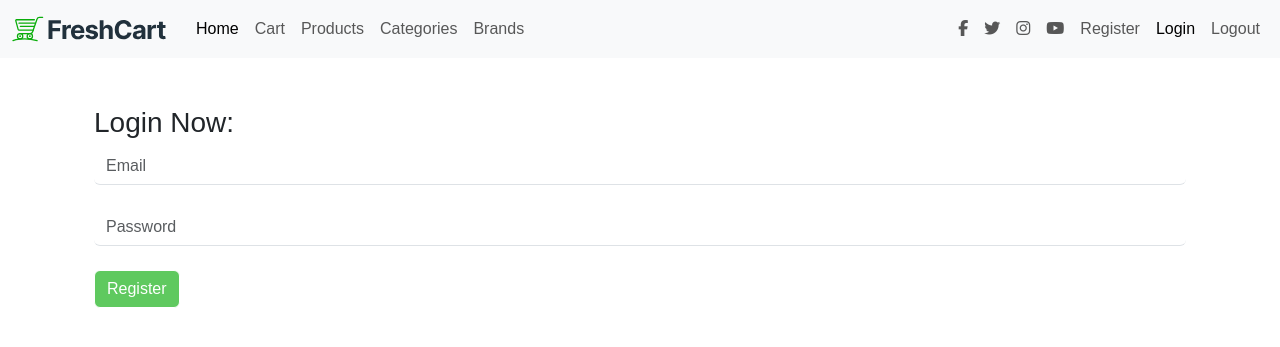
Repository: YomnaWegdan/freshCart
Page: /login
These files come from the project's save history. The page is drawn as it stood at one moment and after the next save; the edit follows.
The browser window is 1280 px wide. The pictures show the whole page.
The project was rebuilt for these pictures with package versions that can differ from the ones it lists, and the page was loaded fresh each time. Also part of the build but not shown: src/App.css, src/Components/Layout/Layout.module.css, src/Components/Home/Home.jsx, src/Components/Cart/Cart.jsx, src/Components/Products/Products.jsx, src/Components/Brands/Brands.jsx, src/Components/Categories/Categories.jsx, src/Components/Register/Register.jsx and 1 more.

Above is the page before, as saved 2024-02-08 20:18:09.

### src/index.js
import React from 'react';
import ReactDOM from 'react-dom/client';
import 'bootstrap/dist/css/bootstrap.min.css';
import 'bootstrap/dist/js/bootstrap.bundle.min.js';
import '@fortawesome/fontawesome-free/css/all.min.css'
import './index.css';
import App from './App.jsx';
import reportWebVitals from './reportWebVitals';

const root = ReactDOM.createRoot(document.getElementById('root'));
root.render(
    <App />
);

// If you want to start measuring performance in your app, pass a function
// to log results (for example: reportWebVitals(console.log))
// or send to an analytics endpoint. Learn more: https://bit.ly/CRA-vitals
reportWebVitals();

### src/index.css
body {
  margin: 0;
  font-family: -apple-system, BlinkMacSystemFont, 'Segoe UI', 'Roboto', 'Oxygen',
    'Ubuntu', 'Cantarell', 'Fira Sans', 'Droid Sans', 'Helvetica Neue',
    sans-serif;
  -webkit-font-smoothing: antialiased;
  -moz-osx-font-smoothing: grayscale;
}

code {
  font-family: source-code-pro, Menlo, Monaco, Consolas, 'Courier New',
    monospace;
}

/* You can add global styles to this file, and also import other style files */
@import url('https://fonts.googleapis.com/css2?family=Encode+Sans+Expanded:wght@300&display=swap');
:root
{
    --main-color:#0aad0a;
    --light-color:#f0f3f2;
    --shadow: rgba(145,158,171,.2) 0px 2px 4px -1px,rgba(145,158,171,.14) 0px 4px 5px 0px,rgba(145,158,171,.12) 0px 1px 10px 0px;
    --font-family:'Encode Sans Expanded', sans-serif;
    --rating-color:#ffc908;
}

body{
    font-family: var(--font-family) !important;
}
.rating-color
{
    color: var(--rating-color);
}
.cursor-pointer
{
    cursor: pointer;
}
a , a:hover{
    color: black;
    text-decoration: none;
}
.product:hover
{
    box-shadow: var(--shadow);
    border: solid 1px var(--main-color);
}
.product .btn
{
    transition: transform 1s , opacity 1s;
    transform: translateY(100%);
    opacity: 0;
}
.product:hover .btn
{
    opacity: 1;
    transform: translateY(0%);

}
.font-sm
{
    font-size: 14px;
}
.text-main
{
    color: var(--main-color);
}
.bg-main
{
    background-color: var(--main-color) !important;
}
.bg-main-light
{
    background-color: var(--light-color) !important;
}
.form-control:focus {
    border-color: #ddd;
    outline: 0;
    box-shadow: none;
}

### src/App.jsx
import './App.css';
import { RouterProvider, createBrowserRouter } from 'react-router-dom';
import Layout from './Components/Layout/Layout';
import Home from './Components/Home/Home';
import Cart from './Components/Cart/Cart';
import Products from './Components/Products/Products';
import Brands from './Components/Brands/Brands';
import Categories from './Components/Categories/Categories';
import Register from './Components/Register/Register';
import Login from './Components/Login/Login';
import NotFound from './Components/NotFound/NotFound';


function App() {
  const routs = createBrowserRouter([
    {path:'' , element:<Layout/> , children:[
      {index:true , element:<Home/>},
      {path:'/cart', element:<Cart/>},
      {path:'/products', element:<Products/>},
      {path:'/brands', element:<Brands/>},
      {path:'/categories', element:<Categories/>},
      {path:'/register', element:<Register/>},
      {path:'/login', element:<Login/>},
      {path:'*', element:<NotFound/>},
    ]}
  ])
  return (
    <div className="App">
      <RouterProvider router={routs}/>
    </div>
  );
}

export default App;

### src/Components/Layout/Layout.jsx
import React, { Fragment } from 'react'
import style from './Layout.module.css'
import Navbar from '../Navbar/Navbar'
import Footer from '../Footer/Footer'

import { Outlet } from 'react-router-dom'
export default function Layout() {
  return (
    <Fragment>
      <Navbar/>
      <div className="container">
        <Outlet/>
      </div>
      <Footer/>
    </Fragment>
  )
}

### src/Components/Login/Login.jsx
import axios from 'axios'
import { useFormik } from 'formik'
import React, { Fragment, useState } from 'react'
import { ThreeDots } from 'react-loader-spinner'
import { useNavigate } from 'react-router-dom'
import * as Yup from 'yup'

export default function Login() {
  const [apiError , serApiError] = useState(null)
  const [loading , setLoading]= useState(false);
  const navigate = useNavigate()

  let validationSchema = Yup.object({
    email:Yup.string().required('Email is required').email('Email is Valid'),
    password:Yup.string().required('Password is required').matches(/[A-Z][\w @]{5,9}/ , "invalid password ex(Ali@123)")

  })

  let formik = useFormik({
    initialValues:{
    email:'',
    password:''
  },validationSchema,
  onSubmit: loginValidation} )

  async function loginValidation(values){
    setLoading(true)
    let {data} = await axios.post(`https://ecommerce.routemisr.com/api/v1/auth/signin` , values).catch((err)=>{
      serApiError(err.data.response.message)
      setLoading(false)
      if(data.message === 'success'){
        setLoading(false);
        navigate('/home')
      }
    })



  }



  return (
    <Fragment>
    <section className="register py-5  ">
      <div className="container h-100">
        <div className="row g-5 h-100 align-items-center  align-content-center">
          <div className=" col-md-12">
            <h3>Login Now:</h3>
            <form onSubmit={formik.handleSubmit}>
            {apiError ? (
              <div className="alert alert-danger p-2">{apiError}</div>
            ) : (
              ""
            )}            <input
                  className=" form-control border-top-0 border-start-0 border-end-0  border-bottom-3 "
                  placeholder="Email"
                  name="email"
                  type="email"
                  onChange={formik.handleChange}
                  onBlur={formik.handleBlur}
            />
            {formik.errors.email && formik.touched.email ?<div className="alert alert-danger p-2">{formik.errors.email}</div>  :''}
            <input
                  className=" form-control border-top-0 border-start-0 border-end-0  border-bottom-3 my-4"
                  placeholder="Password"
                  name="password"
                  type=" password"
                  onChange={formik.handleChange}
                  onBlur={formik.handleBlur}
            />
            {formik.errors.password && formik.touched.password ? <div className="alert alert-danger p-2">{formik.errors.password}</div>:''}

            {loading ? (
              <button type=" button" className="btn bg-main text-white ">
              <ThreeDots
              visible={true}
              height="25"
              width="25"
              color="white"
              radius="9"
              ariaLabel="three-dots-loading"
              wrapperStyle={{}}
              wrapperClass=""
              />                  </button>
            ) : (
              <button
                disabled={!(formik.dirty && formik.isValid)}
                className="btn bg-main text-white "
              >
                Register
              </button>
            )}
            </form>
          </div>
        </div>
      </div>
    </section>
    </Fragment>
  )
}

### src/Components/Navbar/Navbar.jsx
import React, { Fragment } from 'react'
import { Link, NavLink } from 'react-router-dom'
import logo from '../../Assets/images/freshcart-logo.svg'
export default function Navbar() {
  return (
    <Fragment>
    <nav className="navbar navbar-expand-lg navbar-light bg-light">
    <div className="container-fluid">
      <Link className="navbar-brand" href="/"><img src={logo} alt='logo-img'/></Link>
      <button className="navbar-toggler" type="button" data-bs-toggle="collapse" data-bs-target="#navbarSupportedContent" aria-controls="navbarSupportedContent" aria-expanded="false" aria-label="Toggle navigation">
        <span className="navbar-toggler-icon"></span>
      </button>
      <div className="collapse navbar-collapse" id="navbarSupportedContent">
        <ul className="navbar-nav me-auto mb-2 mb-lg-0">
          <li className="nav-item">
            <NavLink className="nav-link active" aria-current="page" to={'/'}>Home</NavLink>
          </li>
          <li className="nav-item">
            <NavLink className="nav-link "  to={'/cart'}>Cart</NavLink>
          </li>
          <li className="nav-item">
            <NavLink className="nav-link "  to={'/products'}>Products</NavLink>
          </li>
          <li className="nav-item">
            <NavLink className="nav-link "  to={'/categories'}>Categories</NavLink>
          </li>
          <li className="nav-item">
          <NavLink className="nav-link "  to={'/brands'}>Brands</NavLink>
        </li>
          </ul>

          <ul className="navbar-nav ms-auto mb-2 mb-lg-0">
          <li className="nav-item d-flex">
            <NavLink className="nav-link " to={'https://www.facebook.com/'}><i className=' fa fa-brands fa-facebook-f'></i></NavLink>
            <NavLink className="nav-link " to={'https://www.twitter.com/'}><i className=' fa fa-brands fa-twitter'></i></NavLink>
            <NavLink className="nav-link " to={'https://www.instagram.com/'}><i className=' fa fa-brands fa-instagram'></i></NavLink>
            <NavLink className="nav-link " to={'https://www.youtube.com/'}><i className=' fa fa-brands fa-youtube'></i></NavLink>
          </li>
          <li className="nav-item">
          <NavLink className="nav-link "  to={'/register'}>Register</NavLink>
        </li>
          <li className="nav-item">
            <NavLink className="nav-link "  to={'/login'}>Login</NavLink>
          </li>
          <li className="nav-item">
          <span className="nav-link  cursor-pointer " >Logout</span>
        </li>
          </ul>
      </div>
    </div>
  </nav>
    </Fragment>
  )
}

Loaded but not shown: public/index.html (common file); src/reportWebVitals.js (common file); src/Components/Footer/Footer.jsx (common file)

After the next save:
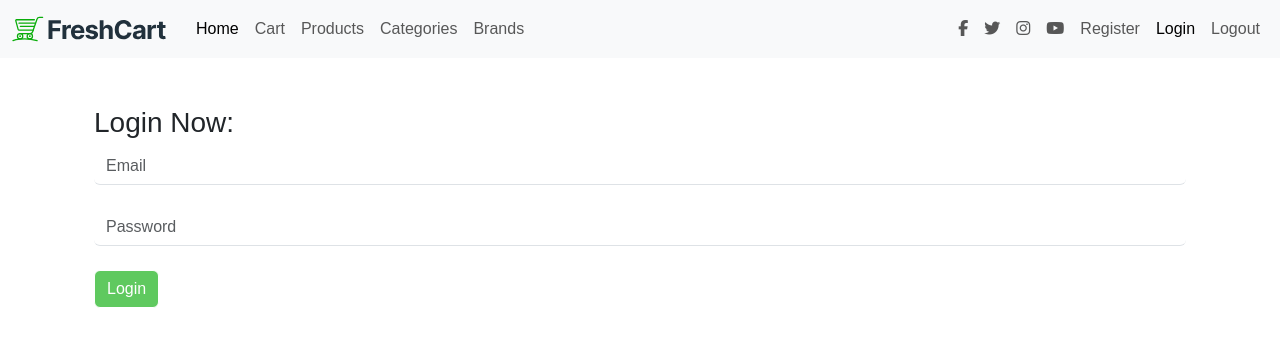
Saved 8 s later.
--- a/src/Components/Login/Login.jsx
+++ b/src/Components/Login/Login.jsx
@@ -88,7 +88,7 @@ export default function Login() {
                 disabled={!(formik.dirty && formik.isValid)}
                 className="btn bg-main text-white "
               >
-                Register
+                Login
               </button>
             )}
             </form>
